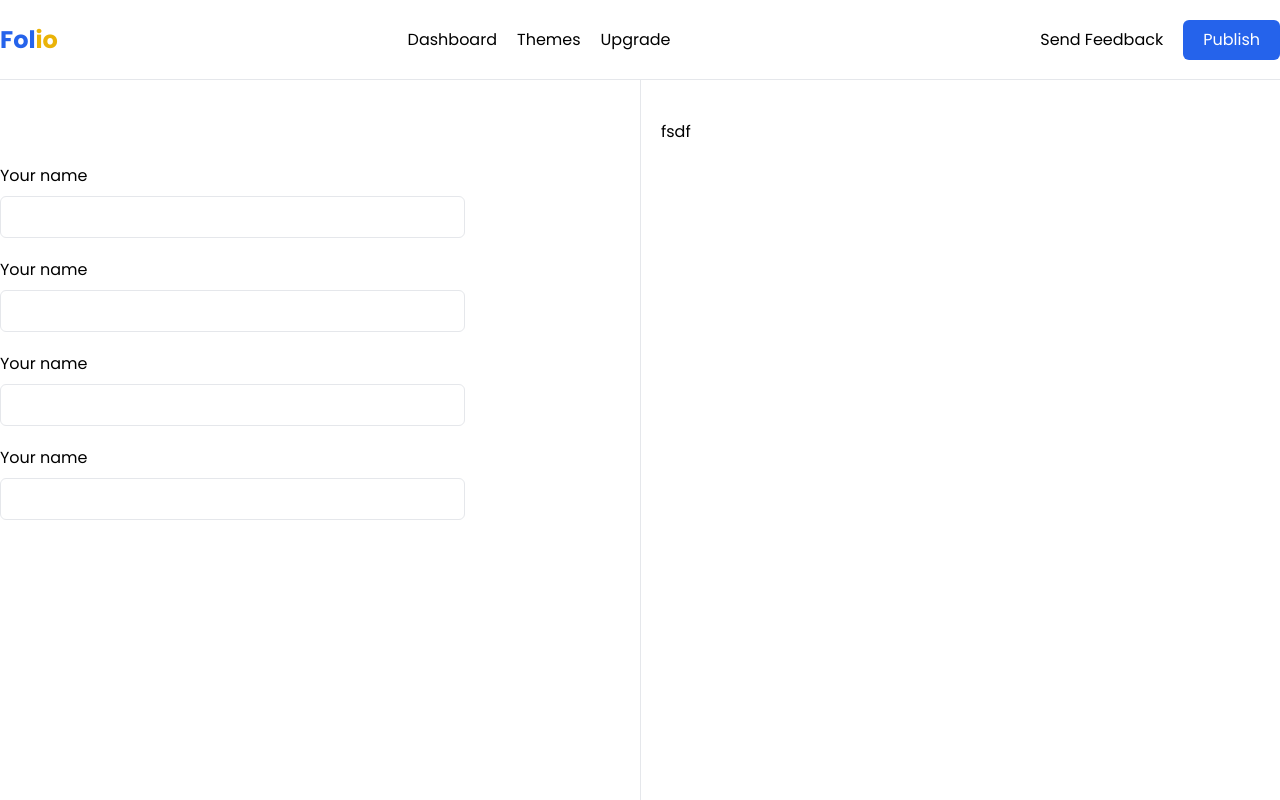
Repository: langford-dev/follio
Page: /
The author's editor kept a copy of each file at every save. The page is drawn from the files as they stood at one save, then again after a run of saves.
The browser window is 1280 px wide. The pictures show the whole page.
The project was rebuilt for these pictures with package versions that can differ from the ones it lists, and the page was loaded fresh each time. The framework's server and built-in components were replaced by stand-ins that run in the browser. Also part of the build but not shown: next.config.js, components/pageView.js.

Above is the page before, as saved 2022-03-19 10:56:40.

### pages/_app.js
import { AppProvider } from '../context/context'
import '../styles/globals.css'

function MyApp({ Component, pageProps }) {
  return <AppProvider>
    <Component {...pageProps} />
  </AppProvider>
}

export default MyApp

### pages/index.js
import EditView from '../components/body'
import Header from '../components/header'

export default function Home() {
  return <div>
    <Header />
    <EditView />
  </div>
}

### context/context.js
import { createContext, useEffect } from "react"

export const AppContext = createContext()

export const AppProvider = ({ children }) => {
    return <AppContext.Provider>
        {children}
    </AppContext.Provider>
}

### styles/globals.css
@import url('https://fonts.googleapis.com/css2?family=Poppins:wght@300;400;500;600;700;800&display=swap');

@tailwind base;
@tailwind components;
@tailwind utilities;


html,
body {
  /* background: #e2e8f013; */
  padding: 0;
  margin: 0;
}

a {
  color: inherit;
  text-decoration: none;
}

* {
  box-sizing: border-box;
  font-family: "Poppins", -apple-system, BlinkMacSystemFont, Segoe UI, Roboto, Oxygen,
    Ubuntu, Cantarell, Fira Sans, Droid Sans, Helvetica Neue, sans-serif;
}

### components/body.js
import PageView from "./pageView"

const styles = {
    pageView: `m-auto max-w-screen-xl h-screen pt-20`,
    title: `text-3xl font-bold`,
    flexView: `flex h-screen`,
    editingView: `w-1/2 p-5 pt-10 pl-0`,
    preview: `border-l w-1/2 p-5 pt-10`,
    inputContainer: `flex flex-col mt-5`,
    input: `border p-2 outline-none mt-2 w-9/12 rounded-md`,
    label: ``
}

const EditView = () => {
    return <div className={styles.pageView}>
        <div className={styles.flexView}>
            <div className={styles.editingView}>
                <br />
                <div className={styles.inputContainer}>
                    <label className={styles.label}>Your name</label>
                    <input type="text" className={styles.input} />
                </div>
                <div className={styles.inputContainer}>
                    <label className={styles.label}>Your name</label>
                    <input type="text" className={styles.input} />
                </div>
                <div className={styles.inputContainer}>
                    <label className={styles.label}>Your name</label>
                    <input type="text" className={styles.input} />
                </div>
                <div className={styles.inputContainer}>
                    <label className={styles.label}>Your name</label>
                    <input type="text" className={styles.input} />
                </div>
            </div>
            <div className={styles.preview}>fsdf</div>
        </div>
    </div>
}

export default EditView

### components/header.js
import Link from "next/link"
import Logo from "./logo"

const styles = {
    header: `border-b h-20 bg-white fixed w-screen top-0 left-0`,
    headerWrapper: `m-auto max-w-screen-xl h-full flex items-center justify-between`,
    button: `bg bg-blue-600 text-white h-10 px-5 flex items-center justify-center rounded-md cursor-pointer`,
    nav: `flex`,
    navLink: `mr-5 hover:text-blue-600 cursor-pointer`,
}

const Header = () => {
    return <header className={styles.header}>
        <div className={styles.headerWrapper}>
            <Logo />
            <nav className={styles.nav}>
                <Link passHref={true} href="/"><p className={styles.navLink}>Dashboard</p></Link>
                <Link passHref={true} href="/"><p className={styles.navLink}>Themes</p></Link>
                <Link passHref={true} href="/"><p className={styles.navLink}>Upgrade</p></Link>
            </nav>
            <div className="flex items-center">
                <p className="mr-5">Send Feedback</p>
                <div className={styles.button}>Publish</div>
            </div>
        </div>
    </header>
}

export default Header

### components/logo.js
const Logo = () => {
    return <p className="font-bold text-2xl text-blue-600">Fol<span className="text-yellow-500">io</span></p>
}

export default Logo

Loaded but not shown: tailwind.config.js (common file)

After the next 3 saves:
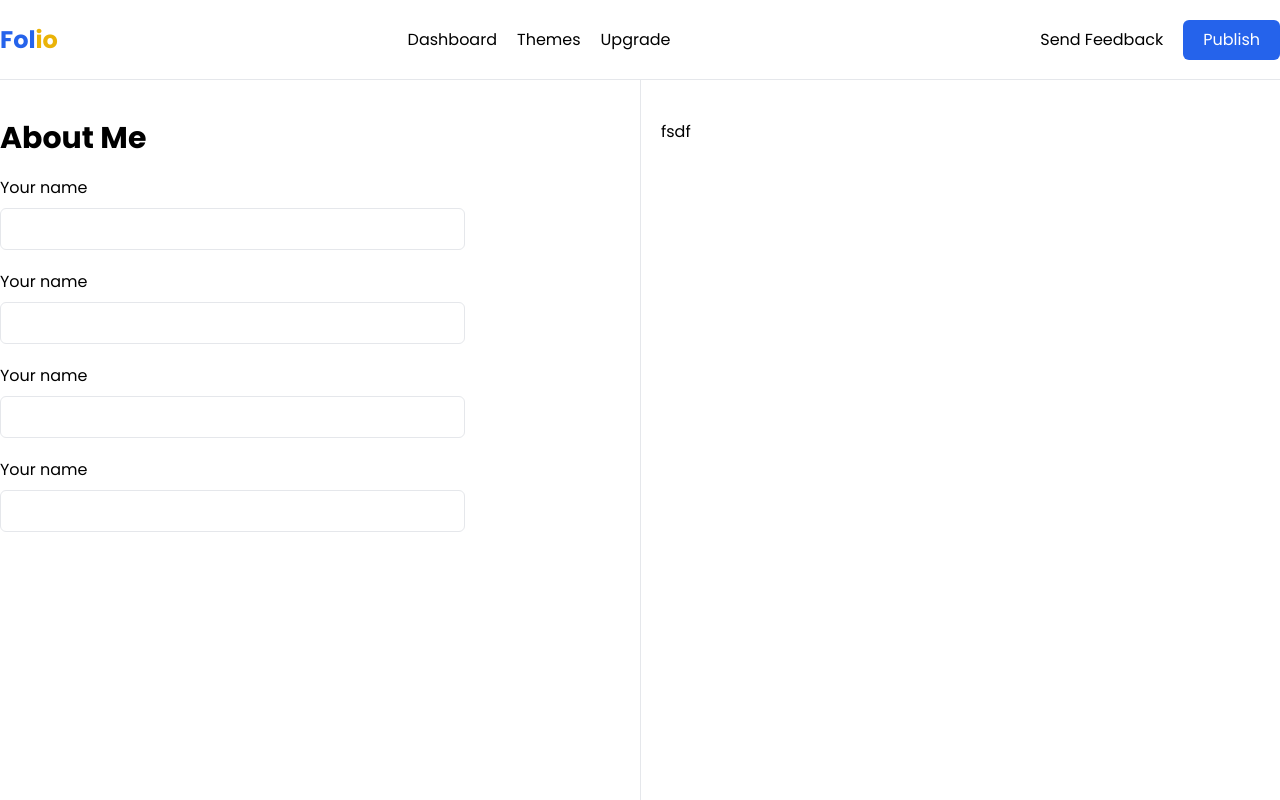
The 3 saves are shown as one change because 1 did not build or start and some came seconds apart.
The last was saved 14 s later.
--- a/components/body.js
+++ b/components/body.js
@@ -15,7 +15,9 @@ const EditView = () => {
     return <div className={styles.pageView}>
         <div className={styles.flexView}>
             <div className={styles.editingView}>
-                <br />
+                <div className={styles.pageTitle}>
+                    <p className={styles.title}>About Me</p>
+                </div>
                 <div className={styles.inputContainer}>
                     <label className={styles.label}>Your name</label>
                     <input type="text" className={styles.input} />
